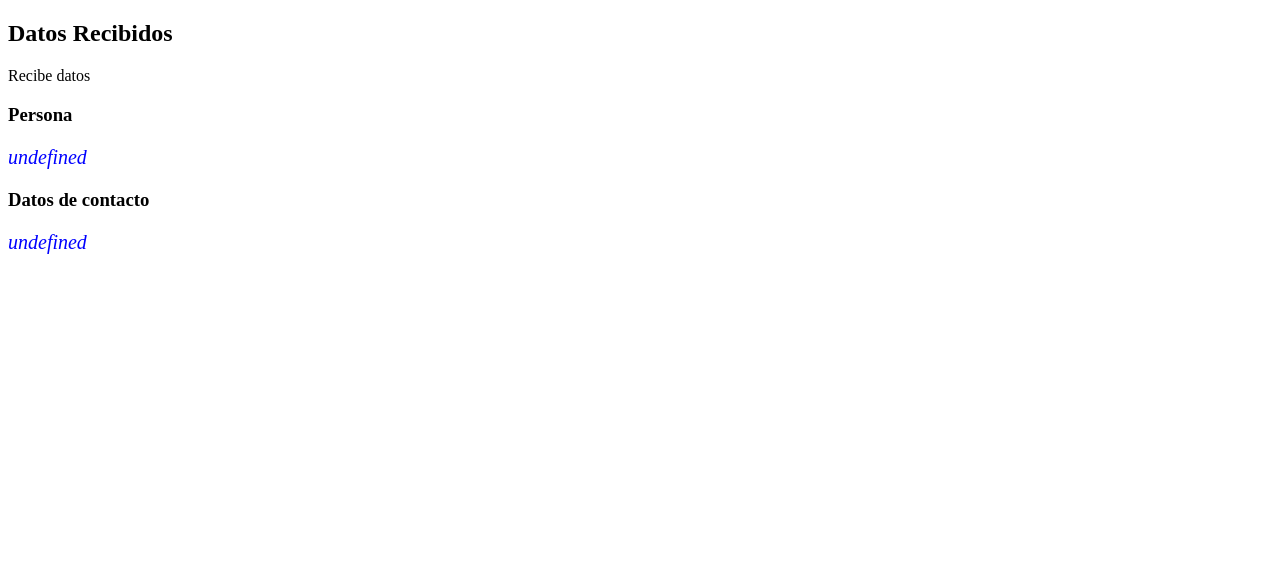
Repository: UVMCoyoacan/InnovaWeb
Page: recibedatosCV.html
The author's editor kept a copy of each file at every save. The page is drawn from the files as they stood at one save, then again after the next save.
The browser window is 1280 px wide. The pictures show the whole page.

Above is the page before, as saved 2024-03-01 11:03:51.
Console error: ReferenceError: ad1 is not defined

After the next save:
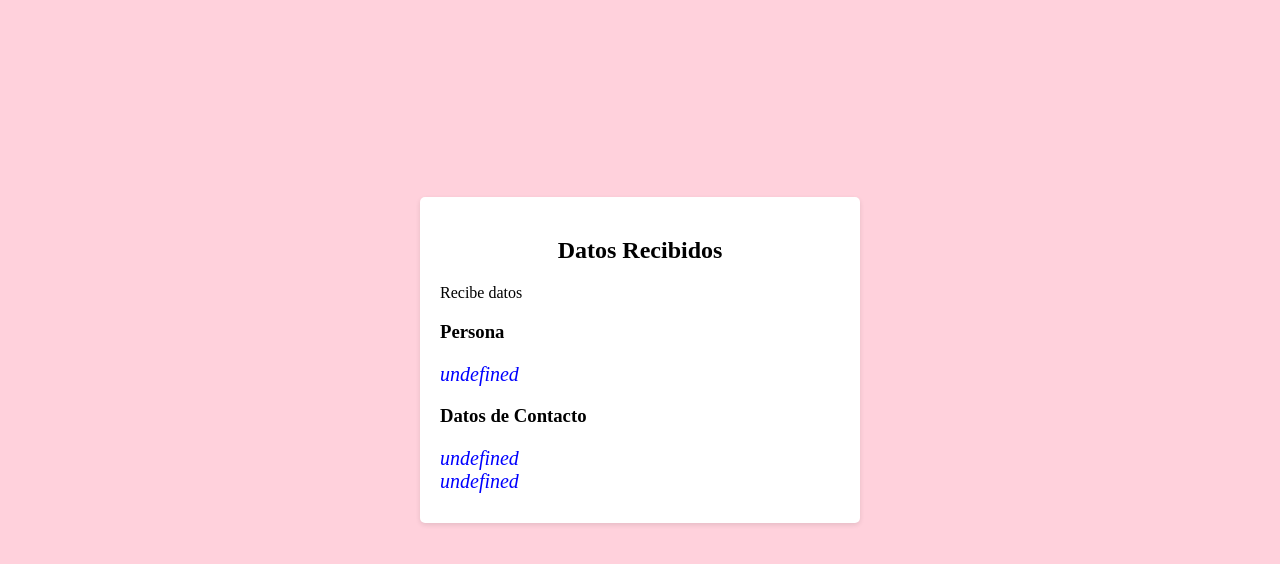
The error is gone.
Saved 6 min 25 s later.
--- a/recibedatosCV.html
+++ b/recibedatosCV.html
@@ -1,58 +1,70 @@
 <!DOCTYPE html>
 <html>
-	<head>
-		<script type="text/javascript">
-			function getUrlVars() { //SOLO CON GET//
-			var vars = {};
-			//AGARRA LA URL//
-			var parts = window.location.href.replace(/[?&]+([^=&]+)=([^&]*)/gi,
-				function (m, key, value) {
-					if (vars[key]) {
-						vars[key].push(value);
-					} else {
-						vars[key] = [value];
-					}
-				});
-			console.log(vars);
-			return vars;
-		}
+<head>
+    <title>Recibe Datos</title>
+    <style>
+        body {
+            font-family: 'Times New Roman', Times, serif;
+            background-color: #ffd1dc;
+            margin: 0;
+            padding: 0;
+            display: flex;
+            justify-content: center;
+            align-items: center;
+            height: 100vh;
+        }
+        .container {
+            width: 400px;
+            padding: 20px;
+            background-color: #fff;
+            border-radius: 5px;
+            box-shadow: 0 2px 5px rgba(0, 0, 0, 0.1);
+        }
+        h2 {
+            margin-bottom: 20px;
+            text-align: center;
+        }
+        p {
+            margin-bottom: 10px;
+        }
+    </style>
+</head>
+<body>
+    <div class="container">
+        <h2>Datos Recibidos</h2>
+        <p>Recibe datos</p>
 
-				var nombre = getUrlVars()["fname"];
-				var telefono= getUrlVars()["numtel"];
-                var correo=getUrlVars()["correoele"];
-				var ops=0;
+        <h3>Persona</h3>
+        <p id="Persona"></p>
 
-				alert("chk= " +ops+": "+ ad1);
-		</script>
-		<meta charset="utf-8" />
-	</head>
-<body>
+        <h3>Datos de Contacto</h3>
+        <p id="Detalles"></p>
+    </div>
 
-<h2>Datos Recibidos</h2>
+    <script>
+        function getUrlVars() {
+            var vars = {};
+            var parts = window.location.href.replace(/[?&]+([^=&]+)=([^&]*)/gi, function (m, key, value) {
+                if (vars[key]) {
+                    vars[key].push(value);
+                } else {
+                    vars[key] = [value];
+                }
+            });
+            return vars;
+        }
 
-<p>Recibe datos</p>
+        var nombre = getUrlVars()["nombre"];
+        var telefono = getUrlVars()["telefono"];
+        var correo = getUrlVars()["correo"];
 
-<h3> Persona </h3>
-<p id="Persona">    </p>
-
-<h3> Datos de contacto</h3>
-<p id="Detalles">    </p>
-
-<script>
-	var nomper=document.getElementById("Persona");
-	var datPers=document.getElementById("Detalles");
-	nomper.innerHTML="<i>" + nombre + "</i>";
-	nomper.style="color:blue;font-size:20px";
-    datPers.innerHTML="<i>" + telefono + "</i>";
-	datPers.style="color:blue;font-size:20px";
-    datPers.innerHTML="<i>" + correo + "</i>";
-	datPers.style="color:blue;font-size:20px";
-
-
-
-
-</script>
-
-
+        var nomper = document.getElementById("Persona");
+        var datPers = document.getElementById("Detalles");
+        nomper.innerHTML = "<i>" + nombre + "</i>";
+        nomper.style = "color: blue; font-size: 20px;";
+        datPers.innerHTML = "<i>" + telefono + "</i>";
+        datPers.style = "color: blue; font-size: 20px;";
+        datPers.innerHTML += "<br><i>" + correo + "</i>";
+    </script>
 </body>
 </html>
